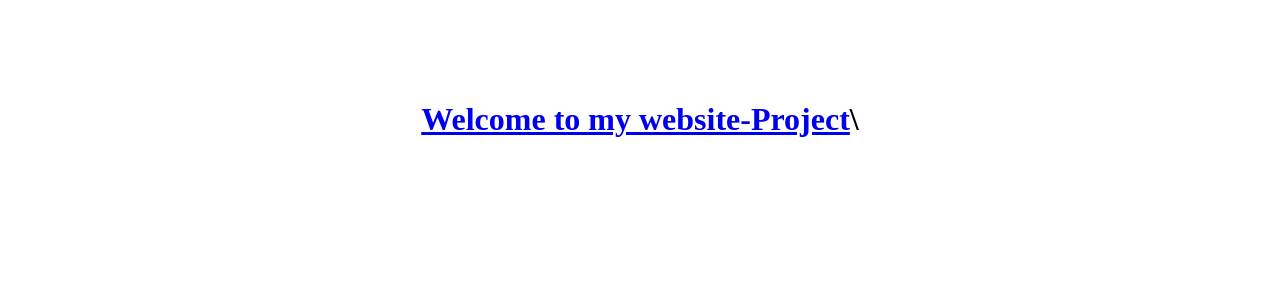
Repository: shadkhan8815/Advance-java
Page: http://localhost/Web-Project/
An editor plug-in stored every save of this project. The page is shown before and after the next save, followed by the edit.
The browser window is 1280 px wide. The pictures show the whole page.
The page is served by Tomcat 9.

Above is the page before, as saved 2025-04-25 16:54:55.

After the next save:
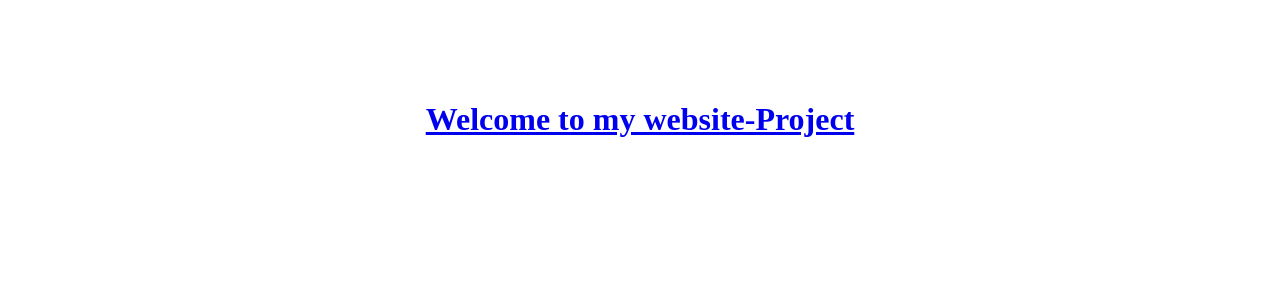
Saved 30 s later.
--- a/Web-Project/WebContent/Welcome_Index.jsp
+++ b/Web-Project/WebContent/Welcome_Index.jsp
@@ -12,7 +12,7 @@
 	<br>
 	<br>
 	<h1 align="center">
-		<a href="WelcomeCtl">Welcome to my website-Project</a>\
+		<a href="WelcomeCtl">Welcome to my website-Project</a>
 	</h1>
 	<br>
 	<br>
